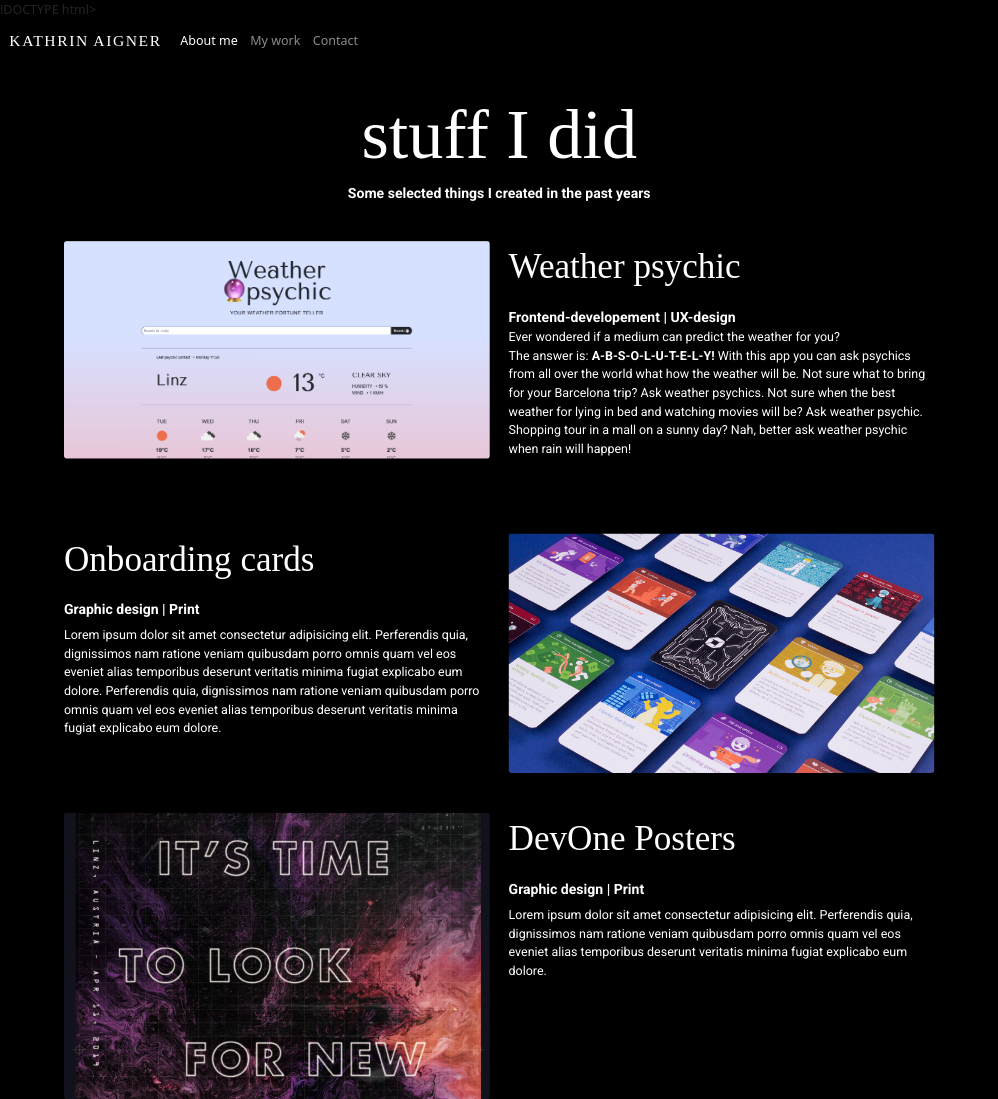
Repository: kathrin-aigner/Portfolio-2022
Page: work.html
The author's editor kept a copy of each file at every save. The page is drawn from the files as they stood at one save, then again after the next save.
The browser window is 1280 px wide. The pictures show the whole page, at 78% of full size.
Some web fonts or font styles are not loaded; a fallback is used. Some web libraries are served in a nearby version.

Above is the page before, as saved 2022-03-28 13:29:31.

### work.html
!DOCTYPE html>
<html lang="en">
  <head>
    <meta charset="UTF-8" />
    <meta http-equiv="X-UA-Compatible" content="IE=edge" />
    <meta name="viewport" content="width=device-width, initial-scale=1.0" />
    <link
      href="https://cdn.jsdelivr.net/npm/bootstrap@5.1.3/dist/css/bootstrap.min.css"
      rel="stylesheet"
      integrity="sha384-1BmE4kWBq78iYhFldvKuhfTAU6auU8tT94WrHftjDbrCEXSU1oBoqyl2QvZ6jIW3"
      crossorigin="anonymous"
    />
    <script
      src="https://cdn.jsdelivr.net/npm/bootstrap@5.1.3/dist/js/bootstrap.bundle.min.js"
      integrity="sha384-ka7Sk0Gln4gmtz2MlQnikT1wXgYsOg+OMhuP+IlRH9sENBO0LRn5q+8nbTov4+1p"
      crossorigin="anonymous"
    ></script>
    <link rel="preconnect" href="https://fonts.googleapis.com" />
    <link rel="preconnect" href="https://fonts.gstatic.com" crossorigin />
    <link
      href="https://fonts.googleapis.com/css2?family=Dela+Gothic+One&family=Roboto:wght@400;500;700&display=swap"
      rel="stylesheet"
    />
    <script
      src="https://kit.fontawesome.com/9a62a34935.js"
      crossorigin="anonymous"
    ></script>

    <link rel="stylesheet" href="/css/styles.css" />
    <title>Welcome to my portfolio – Kathrin Aigner</title>
  </head>
  <body>
    <nav class="navbar navbar-expand-lg navbar-dark text-end">
      <div class="container-fluid">
        <a class="navbar-brand text-uppercase" href="#">Kathrin Aigner</a>
        <button
          class="navbar-toggler"
          type="button"
          data-bs-toggle="collapse"
          data-bs-target="#navbarSupportedContent"
          aria-controls="navbarSupportedContent"
          aria-expanded="false"
          aria-label="Toggle navigation"
        >
          <span class="navbar-toggler-icon"></span>
        </button>
        <div class="collapse navbar-collapse" id="navbarSupportedContent">
          <ul class="navbar-nav me-auto mb-2 mb-lg-0">
            <li class="nav-item">
              <a
                class="nav-link active"
                aria-current="page"
                href="/about.html"
                title="more information about me"
                >About me</a
              >
            </li>
            <li class="nav-item">
              <a class="nav-link" href="/work.html" title="View my work here"
                >My work</a
              >
            </li>
            <li class="nav-item">
              <a class="nav-link" href="/contact.html" title="how to contact me"
                >Contact</a
              >
            </li>
          </ul>
        </div>
      </div>
    </nav>
    <div class="container mb-5">
      <div class="header-page text-center mb-3 mt-5">
  stuff I did
      </div>
      <div class="introduction text-center">
        Some selected things I created in the past years
      </div>
    </div>
    <div class="container">

      <div class="row">
        <div class="col-md-6">
          <img
            src="/images/wheater psychic.png"
            class="img-fluid rounded"
            alt="picture showing a preview of the weather homepage"
          />
        </div>
        <div class="col-sm-6">
          <div class="project-header mb-3">Weather psychic</div>
          <div class="introduction"> Frontend-developement | UX-design </div>
          <p class="page-section">
            Ever wondered if a medium can predict the weather for you? </br>The
            answer is: <strong>A-B-S-O-L-U-T-E-L-Y!</strong> With this app you
            can ask psychics from all over the world what how the weather will be.
            Not sure what to bring for your Barcelona trip? Ask weather psychics.
            Not sure when the best weather for lying in bed and watching movies
            will be? Ask weather psychic. Shopping tour in a mall on a sunny
            day? Nah, better ask weather psychic when rain will happen!
          </p>
          <div class="mt-5">

          </div>
        </div>
      </div>
      <div class="row mt-5">
        <div class="col-sm-6">
          <div class="project-header mb-3">Onboarding cards</div>
          <div class="introduction mb-2"> Graphic design | Print </div>
          <p class="page-section text-right">
            Lorem ipsum dolor sit amet consectetur adipisicing elit. Perferendis
            quia, dignissimos nam ratione veniam quibusdam porro omnis quam vel
            eos eveniet alias temporibus deserunt veritatis minima fugiat
            explicabo eum dolore. Perferendis
            quia, dignissimos nam ratione veniam quibusdam porro omnis quam vel
            eos eveniet alias temporibus deserunt veritatis minima fugiat
            explicabo eum dolore.
          </p>
          <div class="mb-5 mt-5">


          </div>
        </div>
        <div class="col-sm-6">
          <img
            src="/images/onboarding-cards.jpg"
            class="img-fluid rounded"
            alt="picture showing card game"
          />
        </div>
      </div>
      <div class="row mt-5">
        <div class="col-sm-6">
          <img
            src="/images/devOne.png"
            class="img-fluid rounded"
            alt="picture showing a preview of the website about yoghurt"
          />
        </div>
        <div class="col-sm-6">
          <div class="project-header mb-3">DevOne Posters</div>
          <div class="introduction mb-2">
          Graphic design | Print
          </div>
          <p class="page-section">
            Lorem ipsum dolor sit amet consectetur adipisicing elit. Perferendis
            quia, dignissimos nam ratione veniam quibusdam porro omnis quam vel
            eos eveniet alias temporibus deserunt veritatis minima fugiat
            explicabo eum dolore.
          </p>
          <div class="mt-5">

          </div>
        </div>
      </div>
    </div>
  </body>
</html>

### css/styles.css
:root {
  --primary-color: white;
  --secondary-color: black;
  --heading-font-family: "Dela Gothic One", cursive;
  --default-font-family: "Roboto", sans-serif;
}

body {
  background-color: var(--secondary-color);
}

.herosection {
  text-align: center;
  padding: 160px 0;
}
.header {
  line-height: 1em;
  font-family: var(--heading-font-family);
  font-size: 200px;
  color: var(--primary-color);
}
.subheader {
  font-size: 32px;
  color: var(--primary-color);
  font-family: var(--default-font-family);
}
.header-page {
  line-height: 1em;
  font-size: 90px;
  color: var(--primary-color);
  font-family: var(--heading-font-family);
}
.project-header {
  font-size: 45px;
  color: var(--primary-color);
  font-family: var(--heading-font-family);
}
.page-section {
  font-size: 16px;
  color: var(--primary-color);
  font-family: var(--default-font-family);
}

.introduction {
  font-size: 18px;
  font-weight: bold;
  color: var(--primary-color);
  font-family: var(--default-font-family);
}
.navbar-brand {
  font-family: var(--heading-font-family);

  letter-spacing: 0.1em;
}

.btn-primary {
  font-family: var(--default-font-family);
  border: 2px solid var(--primary-color);
  background: var(--secondary-color);
  padding: 12px 48px;
}

.project-preview {
  max-width: 500px;
}

After the next save:
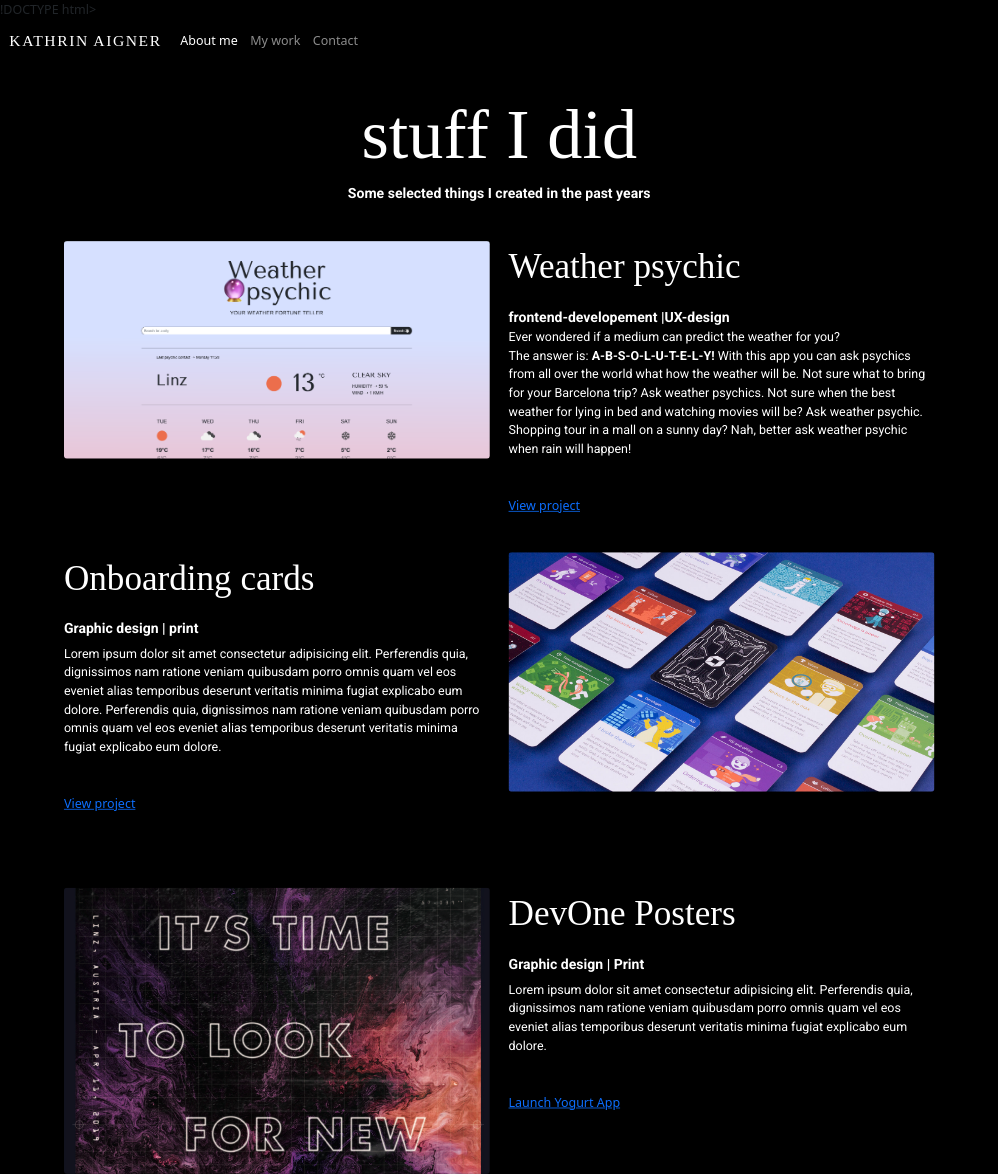
Saved 17 s later.
--- a/work.html
+++ b/work.html
@@ -89,7 +89,7 @@
         </div>
         <div class="col-sm-6">
           <div class="project-header mb-3">Weather psychic</div>
-          <div class="introduction"> Frontend-developement | UX-design </div>
+          <div class="introduction"> frontend-developement |UX-design</div>
           <p class="page-section">
             Ever wondered if a medium can predict the weather for you? </br>The
             answer is: <strong>A-B-S-O-L-U-T-E-L-Y!</strong> With this app you
@@ -100,14 +100,16 @@
             day? Nah, better ask weather psychic when rain will happen!
           </p>
           <div class="mt-5">
-
+            <a href="#" class="primary-link" title="click to launch weather psychic"
+              >View project</a
+            >
           </div>
         </div>
       </div>
       <div class="row mt-5">
         <div class="col-sm-6">
           <div class="project-header mb-3">Onboarding cards</div>
-          <div class="introduction mb-2"> Graphic design | Print </div>
+          <div class="introduction mb-2"> Graphic design | print </div>
           <p class="page-section text-right">
             Lorem ipsum dolor sit amet consectetur adipisicing elit. Perferendis
             quia, dignissimos nam ratione veniam quibusdam porro omnis quam vel
@@ -118,8 +120,9 @@
             explicabo eum dolore.
           </p>
           <div class="mb-5 mt-5">
-
-
+            <a href="#" class="primary-link" title="Click to view the project"
+              >View project</a
+            >
           </div>
         </div>
         <div class="col-sm-6">
@@ -150,7 +153,9 @@
             explicabo eum dolore.
           </p>
           <div class="mt-5">
-
+            <a href="#" class="primary-link" title="click to launch yogurt app"
+              >Launch Yogurt App</a
+            >
           </div>
         </div>
       </div>
